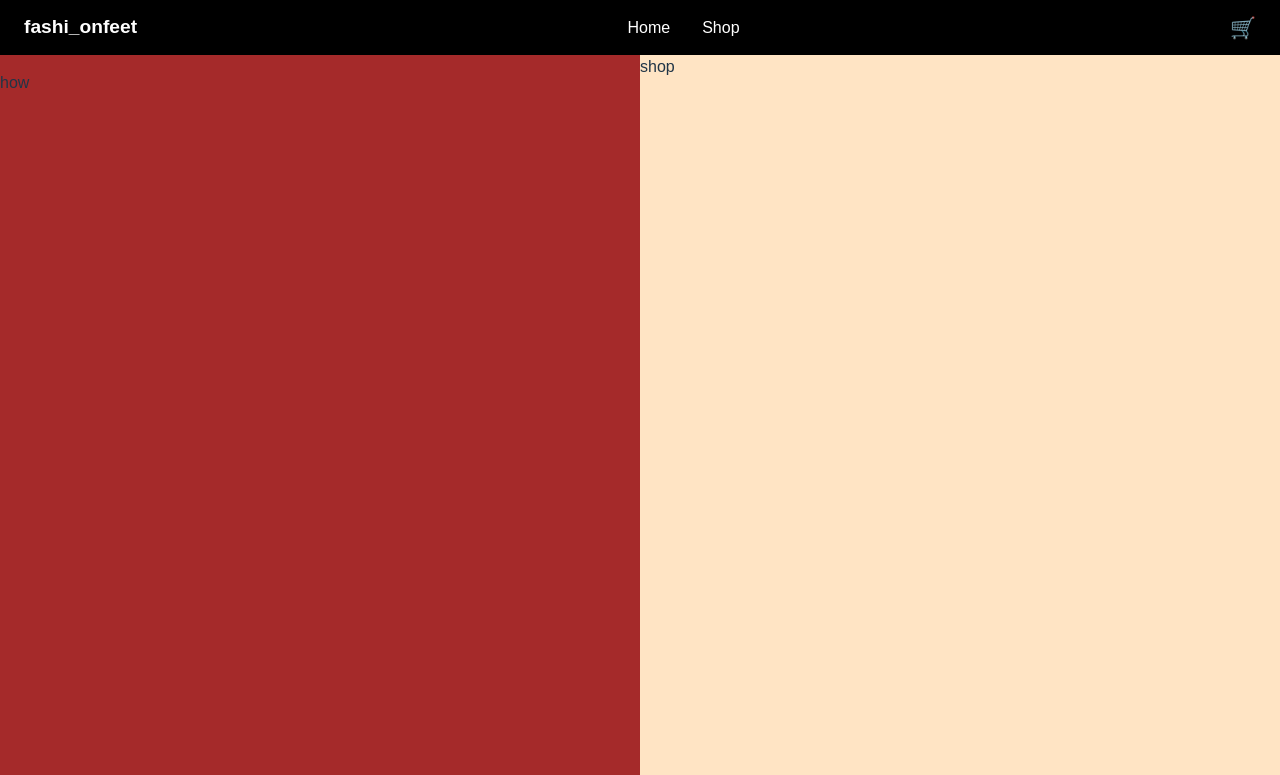
Repository: EphrahimLaanyu123/fashi_onfeet
Page: /shop
The author's editor kept a copy of each file at every save. The page is drawn from the files as they stood at one save, then again after the next save.
The browser window is 1280 px wide. The pictures show the whole page.
The project was rebuilt for these pictures with package versions that can differ from the ones it lists, and the page was loaded fresh each time. Also part of the build but not shown: vite.config.js, src/Home/Home.jsx, src/Home/components/Products.css, src/Home/components/Products.jsx, src/Shop/components/supabaseClient.js, src/Shop/components/AddForm.css, src/Shop/components/AddProductForm.jsx.

Above is the page before, as saved 2025-04-18 20:38:13.

### src/App.jsx
// src/App.js
import React from 'react';
import { BrowserRouter as Router, Routes, Route } from 'react-router-dom';
import './App.css';

import Home from './Home/Home';
import Products from './Home/components/Products';
import Shop from './Shop/Shop';
import AddForm from './Shop/components/AddProductForm';

function App() {
  return (
    <Router>
      <div className="App">
        <Routes>
          <Route path="/" element={<Home />} />
          <Route path="/shop" element={<Shop />} />
          <Route path="/add" element={<AddForm />} />
          {/* 404 fallback */}
        </Routes>
      </div>
    </Router>
  );
}

export default App;

### src/App.css
/* index.css or main.css */
body, html {
    margin: 0;
    padding: 0;
  }

### src/Shop/Shop.jsx
import React from 'react'
import "./Shop.css"
import Navbar from '../Navbar'

const Shop = () => {
  return (
    <div className='shop_page'>
      <Navbar></Navbar>
      <div className="shop-container">
        <aside className='sidebar'>
          <p>how</p>
        </aside>
        <section className='products-page'>
          shop
        </section>
        </div>
    </div>
  )
}

export default Shop

### src/Home/Home.css

  body, html {
    font-family: sans-serif;
    overflow-x: hidden;
    margin: 0;
    padding: 0;
  }
.main {
    background-color: black;
    width: 100vw;
    display: flex;
    flex-direction: column;
    padding: 6rem;
    justify-content: center;
    overflow-x: hidden;
  }

  .parallax-container {
    display: flex;
    height: 100vh;
    position: relative;
  }

  .parallax-half {
    flex: 1;
    overflow: hidden;
    position: relative;
  }

  /* Left side zoom image container */
  .zoom-wrapper {
    height: 100%;
    width: 100%;
    background-image: url('https://static.wixstatic.com/media/bc439c_81f0e108fef742289cca2a608af8d3c1~mv2.jpg');
    background-attachment: fixed;
    background-position: center;
    background-repeat: no-repeat;
    background-size: cover;
    transform: scale(1.2);
    transition: transform 0.3s ease-out;
    will-change: transform;
  }

  /* Right side static image, shows full image */
  .parallax2 {
    background-image: url('https://static.wixstatic.com/media/bc439c_01f9dcb9288c449084b2625be71b7a54~mv2.jpg');
    background-attachment: fixed;
    background-position: center;
    background-repeat: no-repeat;
    background-size: contain;
    background-color: black;
  }

  .content {
    height: 100vh;
    background-color: #f0f0f0;
    display: flex;
    align-items: center;
    justify-content: center;
    font-size: 2rem;
  }

### src/Shop/Shop.css
/* index.css or main.css */
body, html {
    margin: 0;
    padding: 0;
  }

.shop_page {
    width: 100vw;
}

.shop-container {
    display: flex;

}

.sidebar {
    width: 80%;
    min-height: 100vh;
    background-color: brown;
}

.products-page {
    width: 80%;
    background-color: bisque;
}

### src/Navbar.jsx
import React from 'react'
import './Navbar.css'

const Navbar = () => {
  return (
    <nav className="navbar">
      <div className="navbar-left">fashi_<span>onfeet</span></div>

      <div className="navbar-center">
        <a href="/" className="nav-link">Home</a>
        <a href="/shop" className="nav-link">Shop</a>
      </div>

      <div className="navbar-right">
        <a href="/cart" className="cart-icon">🛒</a>
      </div>
    </nav>
  )
}

export default Navbar

### src/Navbar.css
.navbar {
    display: flex;
    justify-content: space-between;
    align-items: center;
    background-color: #000;
    color: white;
    padding: 0.75rem 1.5rem;
    font-family: sans-serif;
  }

  .navbar-left {
    font-weight: bold;
    font-size: 1.2rem;
  }

  .navbar-left span {
    color: #fff;
  }

  .navbar-center {
    display: flex;
    gap: 2rem;
  }

  .nav-link {
    color: white;
    text-decoration: none;
    font-size: 1rem;
  }

  .nav-link:hover {
    text-decoration: underline;
  }

  .navbar-right .cart-icon {
    font-size: 1.3rem;
    text-decoration: none;
    color: white;
  }

  .cart-icon:hover {
    opacity: 0.8;
  }

Loaded but not shown: index.html (common file); src/main.jsx (common file); src/index.css (common file)

After the next save:
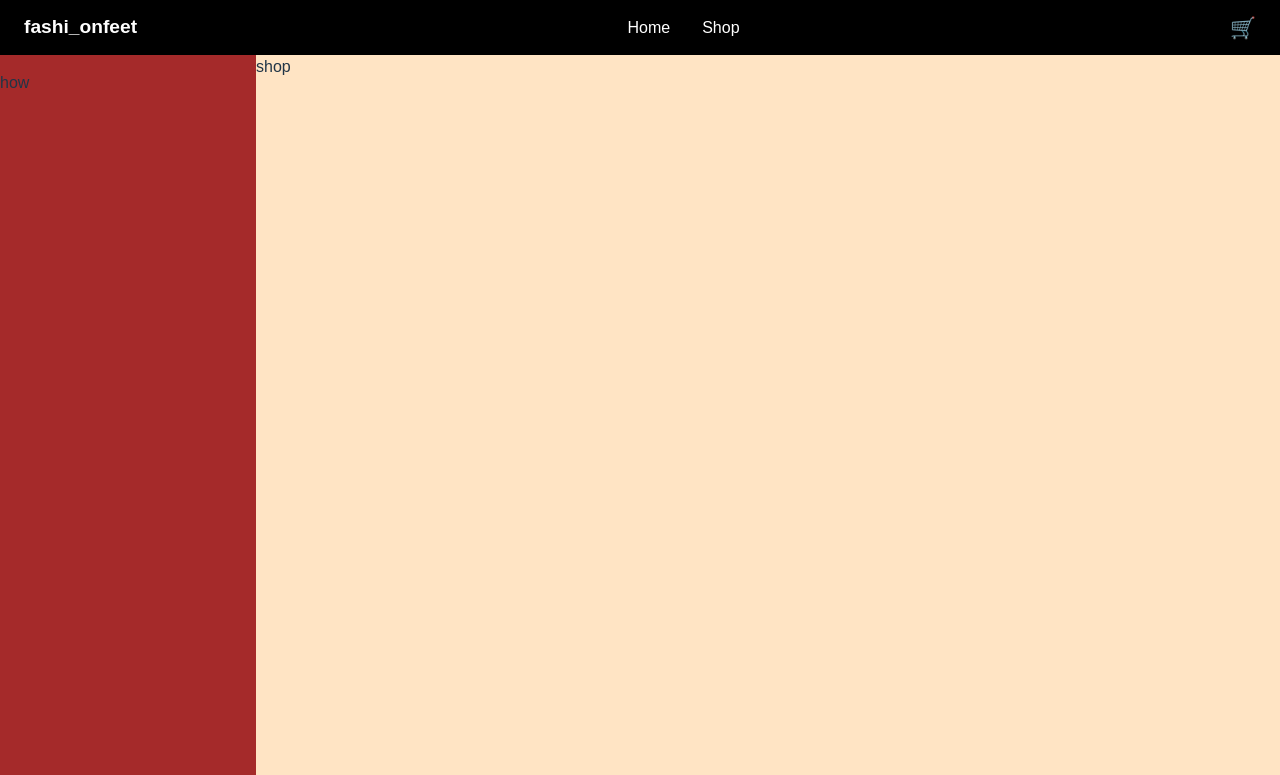
Saved 6 s later.
--- a/src/Shop/Shop.css
+++ b/src/Shop/Shop.css
@@ -14,7 +14,7 @@ body, html {
 }
 
 .sidebar {
-    width: 80%;
+    width: 20%;
     min-height: 100vh;
     background-color: brown;
 }
